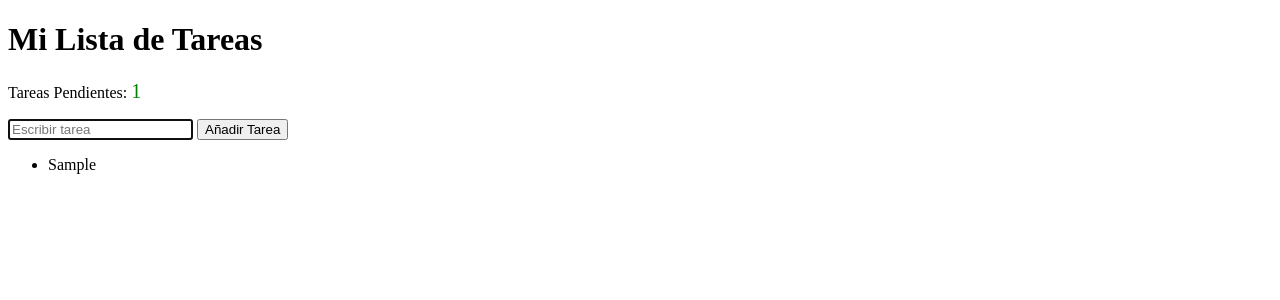
Repository: montsecg/nuclio-javascript-lecture-montse
Page: index.html
An editor plug-in stored every save of this project. The page is shown before and after the next save, followed by the edit.
The browser window is 1280 px wide. The pictures show the whole page.
Empty fields were first filled with sample values (such as "Sample", 5 or name@example.com).
After loading, the first visible `form` was submitted once.

Above is the page before, as saved 2021-04-16 13:03:43.

After the next save:
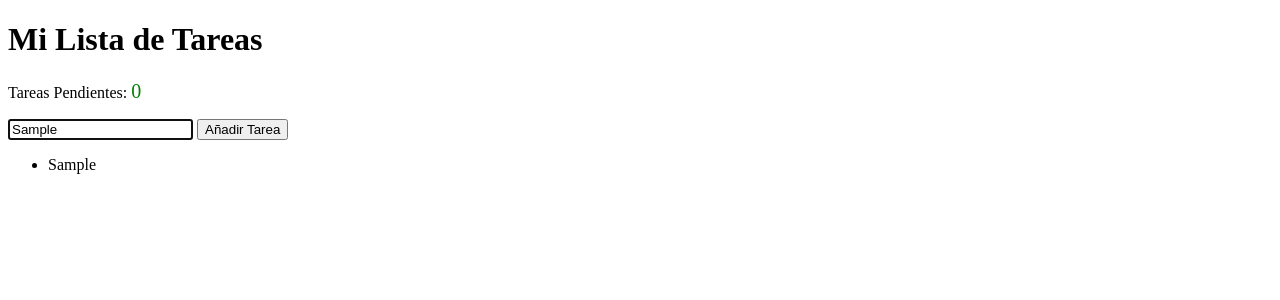
Console error: TypeError: localStorage is not a function
Saved 39 s later.
--- a/main.js
+++ b/main.js
@@ -20,7 +20,7 @@
     list.appendChild(item);// Se apunta el item como hijo del <ul> en el navegador
     tasks.push(item);//guarda el item en el array de la lista
     localStorage.setItem("tasks", tasks);
-    console.log(localStorage);
+    console.log(localStorage(tasks));
 }
 
 //* Crear nuevo <li>, guardar en ARRAY (<ul>) e indicar tareas guardas = tareas pendientes que ha de realizar el usuario */

After the 2 saves that followed:
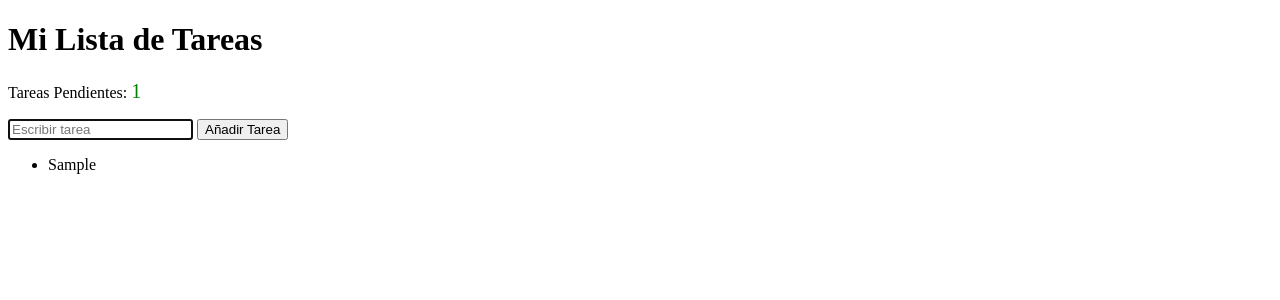
The error is gone.
The 2 saves are shown as one change because 1 left the picture as it was.
The last was saved 7 min 7 s later.
--- a/main.js
+++ b/main.js
@@ -19,8 +19,8 @@
     item.innerText= newValue;// El texto del item e igual al nuevo valor pasado por parámetro
     list.appendChild(item);// Se apunta el item como hijo del <ul> en el navegador
     tasks.push(item);//guarda el item en el array de la lista
-    localStorage.setItem("tasks", tasks);
-    console.log(localStorage(tasks));
+    localStorage.setItem("tasks", newValue);
+    //console.log(localStorage(tasks));
 }
 
 //* Crear nuevo <li>, guardar en ARRAY (<ul>) e indicar tareas guardas = tareas pendientes que ha de realizar el usuario */
